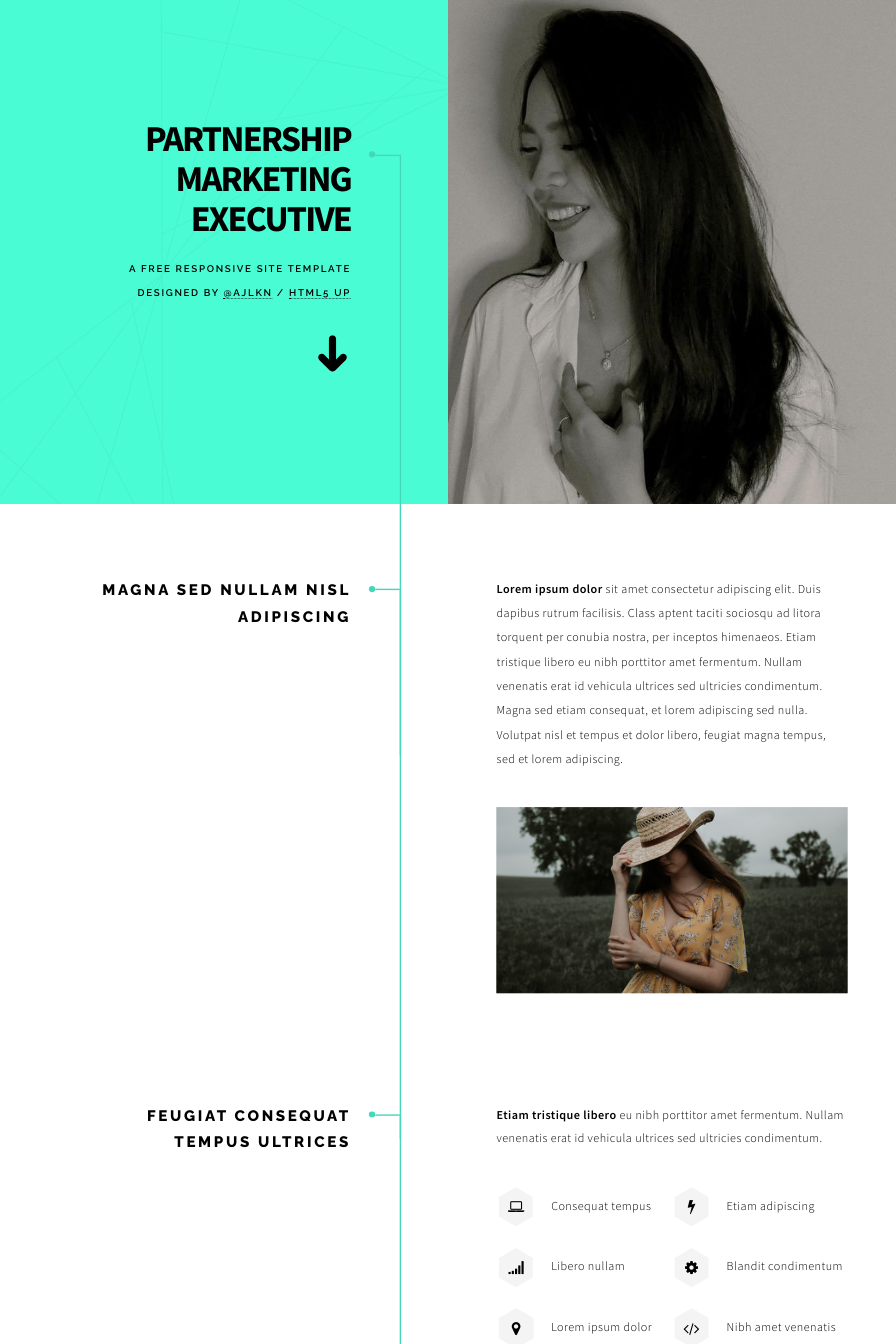
Repository: leonardin999/linh-porfolios
Page: index.html
The author's editor kept a copy of each file at every save. The page is drawn from the files as they stood at one save, then again after the next save.
The browser window is 1280 px wide. The pictures show the part of the page from y = 0 to 1920 px (the page is 6515 px tall), at 70% of full size.

Above is the page before, as saved 2023-01-22 21:01:55.

After the next save:
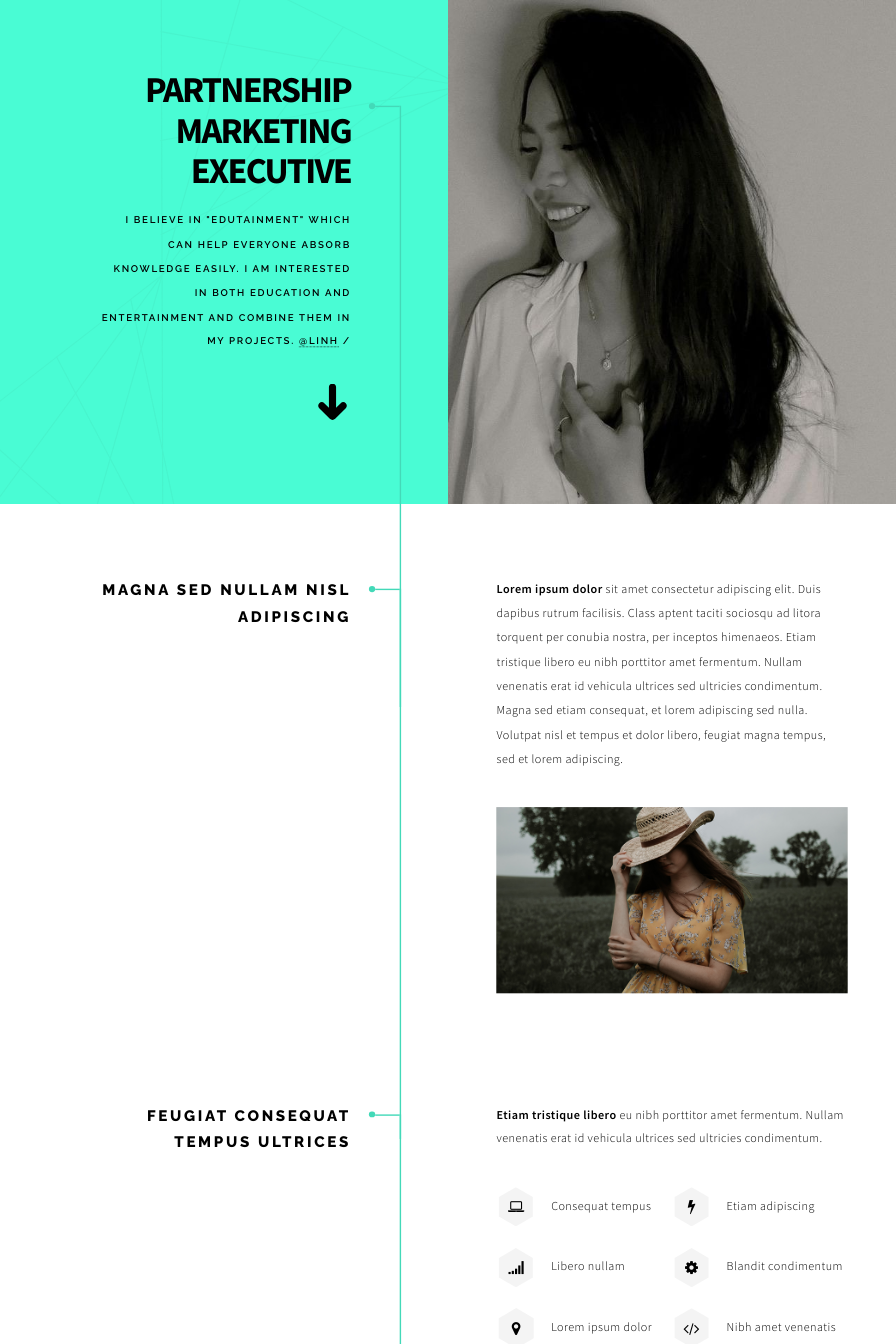
Saved 3 min 14 s later.
--- a/index.html
+++ b/index.html
@@ -24,9 +24,10 @@
         <header>
           <h1>PARTNERSHIP MARKETING EXECUTIVE</h1>
           <p>
-            A free responsive site template designed by
-            <a href="https://twitter.com/ajlkn">@ajlkn</a> /
-            <a href="https://html5up.net">HTML5 UP</a>
+            I believe in "edutainment" which can help everyone absorb knowledge
+            easily. I am interested in both education and entertainment and
+            combine them in my projects.
+            <a href="https://twitter.com/ajlkn">@linh</a> /
           </p>
           <ul class="actions">
             <li>
